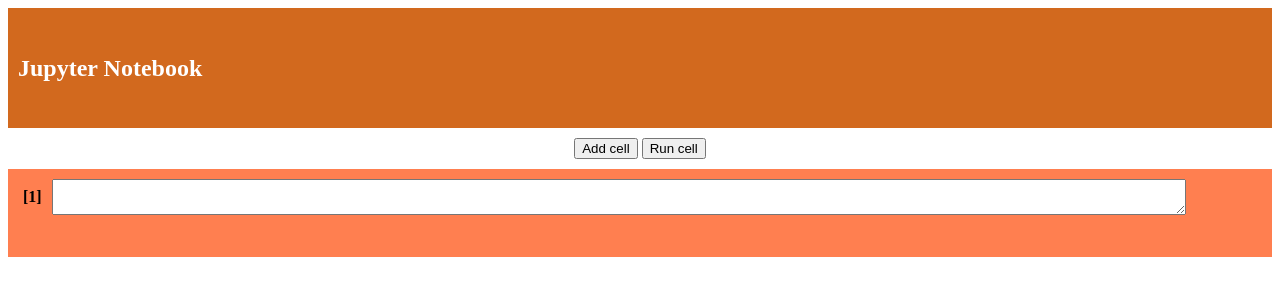
Repository: lingzi-liu/jupyter_notebook_prototype
Page: http://localhost/
These files come from the project's save history. The page is drawn as it stood at one moment and after the next save; the edit follows.
The browser window is 1280 px wide. The pictures show the whole page.
The page is served by the project's application, run on Flask 3 (app.py).

Above is the page before, as saved 2022-11-13 02:56:37.

After the next save:
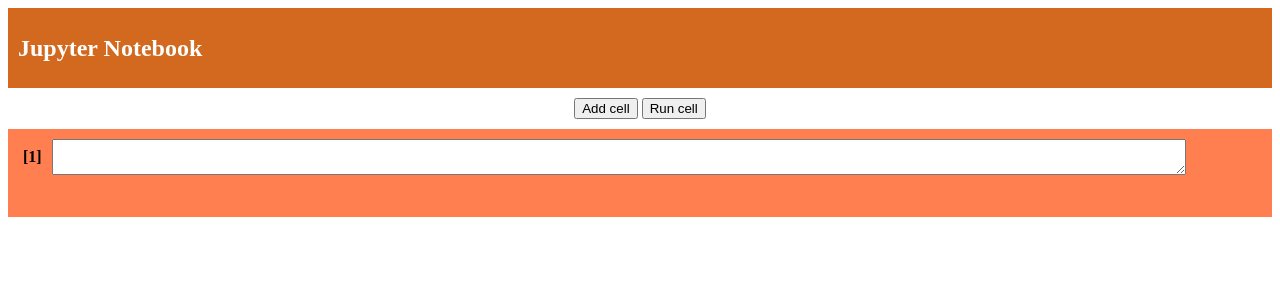
Saved 10 s later.
--- a/static/styles/style.css
+++ b/static/styles/style.css
@@ -1,5 +1,5 @@
 #nav {
-  height: 120px;
+  height: 80px;
   background-color: chocolate;
   font-weight: bold;
   display: flex;
